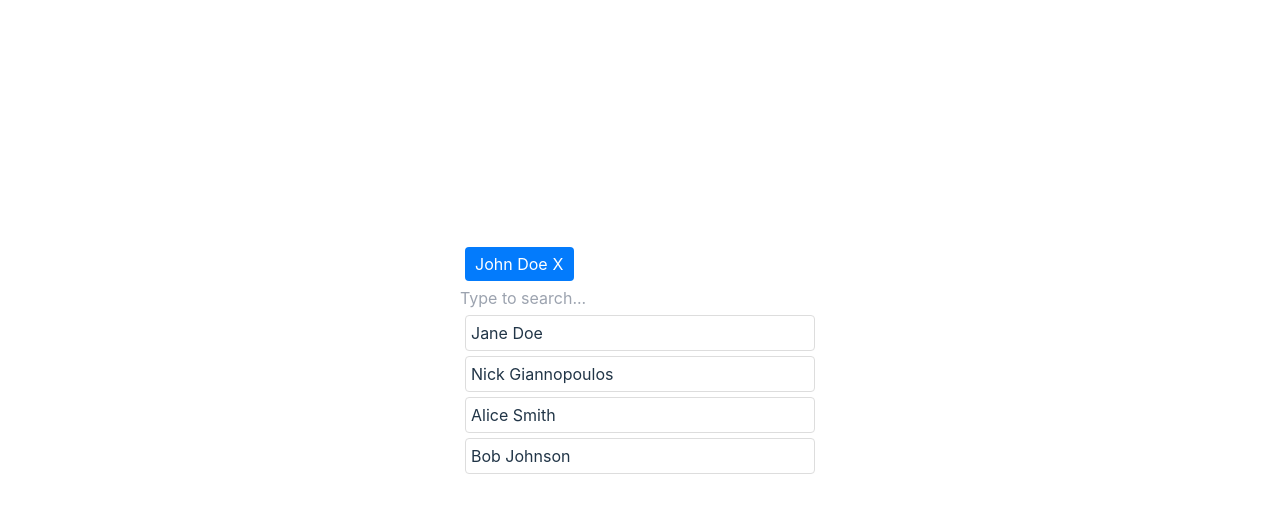
Repository: Ayansaxena24/Chip
Page: /, after clicking the first element matching `li`
These files come from the project's save history. The page is drawn as it stood at one moment and after a run of saves; the edit follows.
The browser window is 1280 px wide. The pictures show the whole page.
Some web libraries are served in a nearby version. The project was rebuilt for these pictures with package versions that can differ from the ones it lists, and the page was loaded fresh each time. Also part of the build but not shown: vite.config.ts.

Above is the page before, as saved 2024-01-16 03:07:39.

### index.html
<!doctype html>
<html lang="en">
  <head>
    <meta charset="UTF-8" />
    <link rel="icon" type="image/svg+xml" href="/vite.svg" />
    <meta name="viewport" content="width=device-width, initial-scale=1.0" />
    <script src="https://cdn.tailwindcss.com"></script>    <title>Vite + React + TS</title>
  </head>
  <body>
    <div id="root"></div>
    <script type="module" src="/src/main.tsx"></script>
  </body>
</html>

### src/App.tsx
import { BrowserRouter as Router, Routes, Route } from 'react-router-dom'
import ChipInput from './chipInput'

const App = () => {
  return (
    <Router>
      <Routes>
      <Route path="/" element={<ChipInput />} />
      </Routes>
    </Router>
  )
}

export default App

### src/ChipInput.tsx
// ChipInput.tsx

import React, {
  useState,
  useRef,
  useEffect,
  KeyboardEvent,
  ChangeEvent,
} from "react";
import "./ChipInput.css"; // Import your CSS file (e.g., TailwindCss/SCSS)

interface Chip {
  id: number;
  label: string;
}

const ChipInput: React.FC = () => {
  const [inputValue, setInputValue] = useState<string>("");
  const [chips, setChips] = useState<Chip[]>([]);
  const [filteredItems, setFilteredItems] = useState<string[]>([]);
  const inputRef = useRef<HTMLInputElement>(null);

  const items = [
    "John Doe",
    "Jane Doe",
    "Nick Giannopoulos",
    "Alice Smith",
    "Bob Johnson",
  ];

  useEffect(() => {
    setFilteredItems(
      items.filter((item) => !chips.find((chip) => chip.label === item))
    );
  }, [chips]);

  const handleInputChange = (e: ChangeEvent<HTMLInputElement>) => {
    const value = e.target.value;
    setInputValue(value);

    if (value.trim() === "" && chips.length > 0) {
      highlightLastChip();
    } else {
      setFilteredItems(
        items.filter((item) => item.toLowerCase().includes(value.toLowerCase()))
      );
    }
  };

  const handleChipClick = (item: string) => {
    setChips((prevChips) => [...prevChips, { id: Date.now(), label: item }]);
    setInputValue("");
  };

  const handleChipRemove = (id: number) => {
    setChips((prevChips) => prevChips.filter((chip) => chip.id !== id));
  };

  const handleInputKeyDown = (e: KeyboardEvent<HTMLInputElement>) => {
    if (e.key === "Backspace" && inputValue === "" && chips.length > 0) {
      e.preventDefault();
      const lastChip = chips[chips.length - 1];
      handleChipRemove(lastChip.id);
    }
  };

  const highlightLastChip = () => {
    const lastChip = document.querySelector(".chip:last-child");
    if (lastChip) {
      lastChip.classList.add("highlighted");
    }
  };

  return (
    <div className="w-screen flex justify-center items-center">
      <div className="flex flex-col w-[50vh]">
        <div className="flex flex-wrap">
          {chips.map((chip) => (
            <div
              key={chip.id}
              className="chip"
              onClick={() => handleChipRemove(chip.id)}
            >
              {chip.label}
              <span className="chip-remove">X</span>
            </div>
          ))}
          <input
            ref={inputRef}
            type="text"
            value={inputValue}
            onChange={handleInputChange}
            onKeyDown={handleInputKeyDown}
            placeholder="Type to search..."
          />
        </div>
        <ul className="item-list">
          {filteredItems.map((item) => (
            <li key={item} onClick={() => handleChipClick(item)}>
              {item}
            </li>
          ))}
        </ul>
      </div>
    </div>
  );
};

export default ChipInput;

### src/ChipInput.css
/* ChipInput.css */

  .chip {
    background-color: #037bfc;
    color: #fff;
    padding: 5px 10px;
    margin: 5px;
    border-radius: 4px;
    cursor: pointer;
    display: flex;
    align-items: center;
  }

  .chip-remove {
    margin-left: 5px;
    cursor: pointer;
  }

  .highlighted {
    background-color: #ffcc00;
  }

  .item-list {
    list-style: none;
    padding: 0;
    margin: 0;
  }

  .item-list li {
    cursor: pointer;
    padding: 5px;
    margin: 5px;
    border: 1px solid #ddd;
    border-radius: 4px;
  }

  .item-list li:hover {
    background-color: #f0f0f0;
  }

Loaded but not shown: src/main.tsx (common file); src/index.css (common file)

After the next 4 saves:
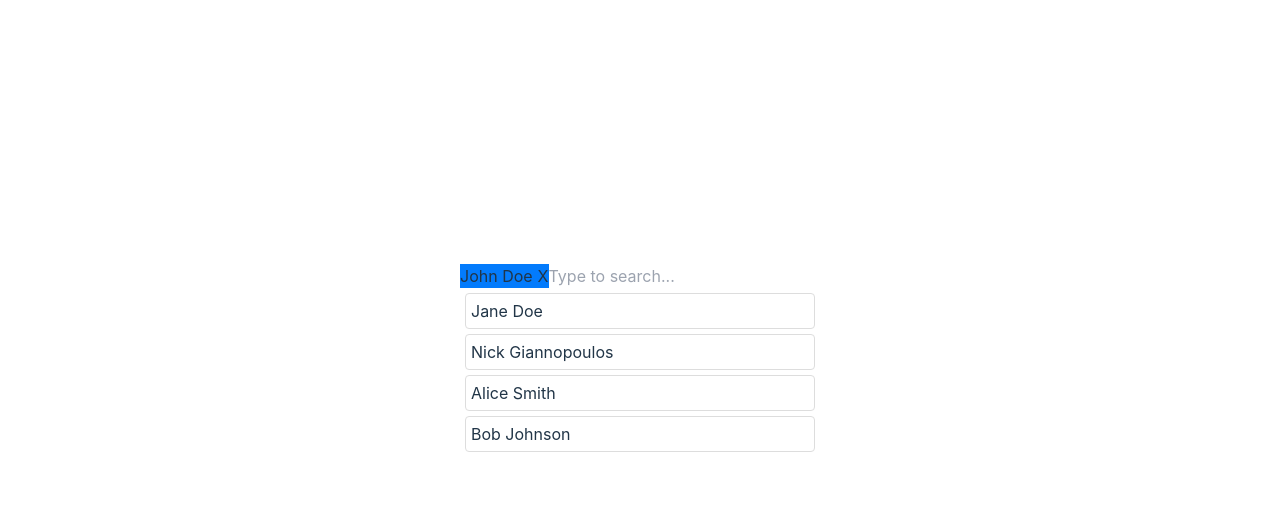
The 4 saves are shown as one change because they came seconds apart.
The last was saved 16 s later.
--- a/src/ChipInput.tsx
+++ b/src/ChipInput.tsx
@@ -78,7 +78,7 @@ const ChipInput: React.FC = () => {
           {chips.map((chip) => (
             <div
               key={chip.id}
-              className="chip"
+              className="bg-[#037bfc] color"
               onClick={() => handleChipRemove(chip.id)}
             >
               {chip.label}
